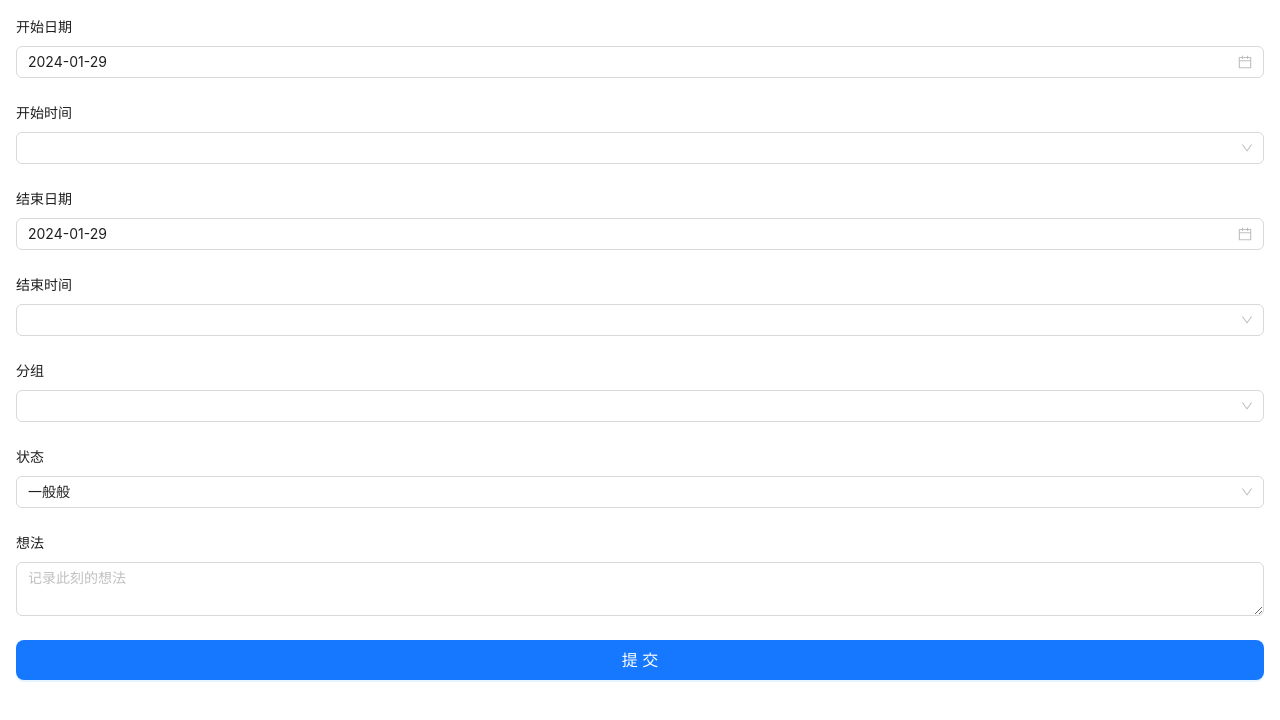
Repository: wujieli0207/time-value-app
Page: /
These files come from the project's save history. The page is drawn as it stood at one moment and after the next save; the edit follows.
The browser window is 1280 px wide. The pictures show the whole page.
The project was rebuilt for these pictures with package versions that can differ from the ones it lists, and the page was loaded fresh each time. Also part of the build but not shown: vite.config.ts.

Above is the page before, as saved 2024-01-29 11:26:01.

After the next save:
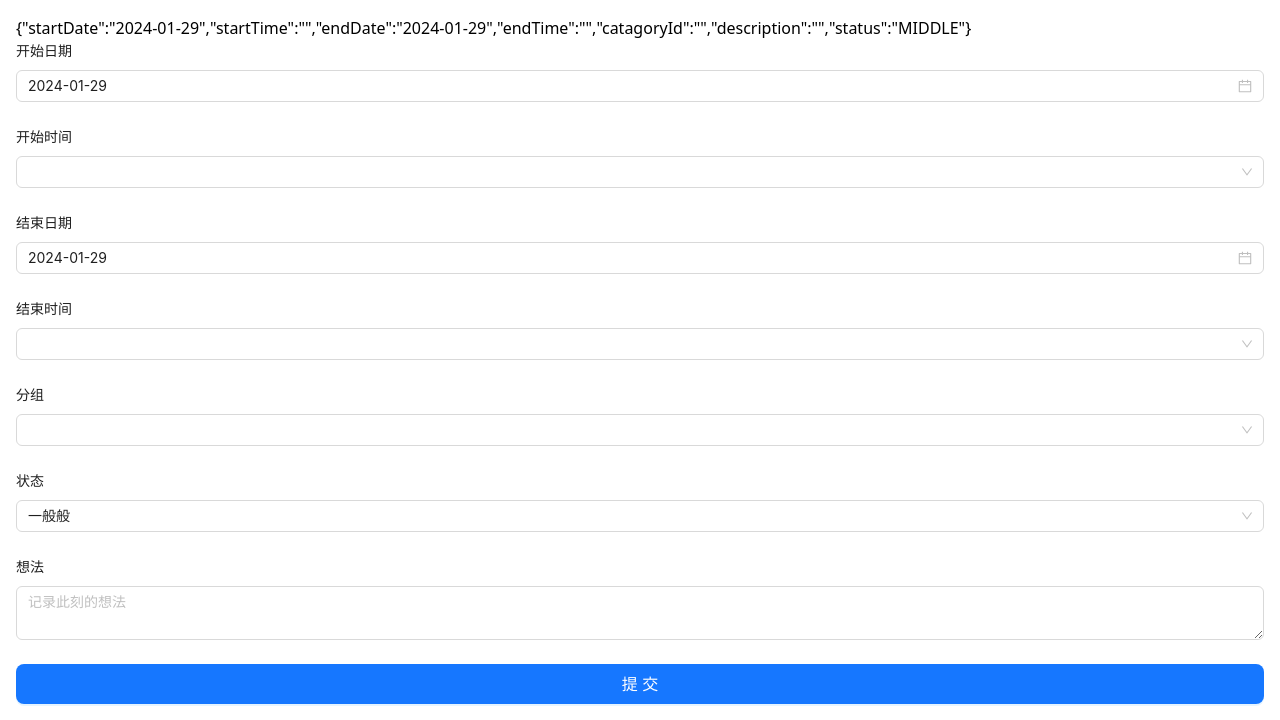
Saved 25 s later.
--- a/src/App.tsx
+++ b/src/App.tsx
@@ -32,11 +32,12 @@
 
   function handleFormChange(value: string, field: keyof FieldType) {
     console.log('value: ', value)
-    // setForm((prev) => ({ ...prev, [field]: value }))
+    setForm((prev) => ({ ...prev, [field]: value }))
   }
 
   return (
     <div className="p-4">
+      {JSON.stringify(form)}
       <Form layout="vertical">
         <Form.Item<FieldType> name="startDate" label="开始日期">
           <DatePicker

After the save that followed:
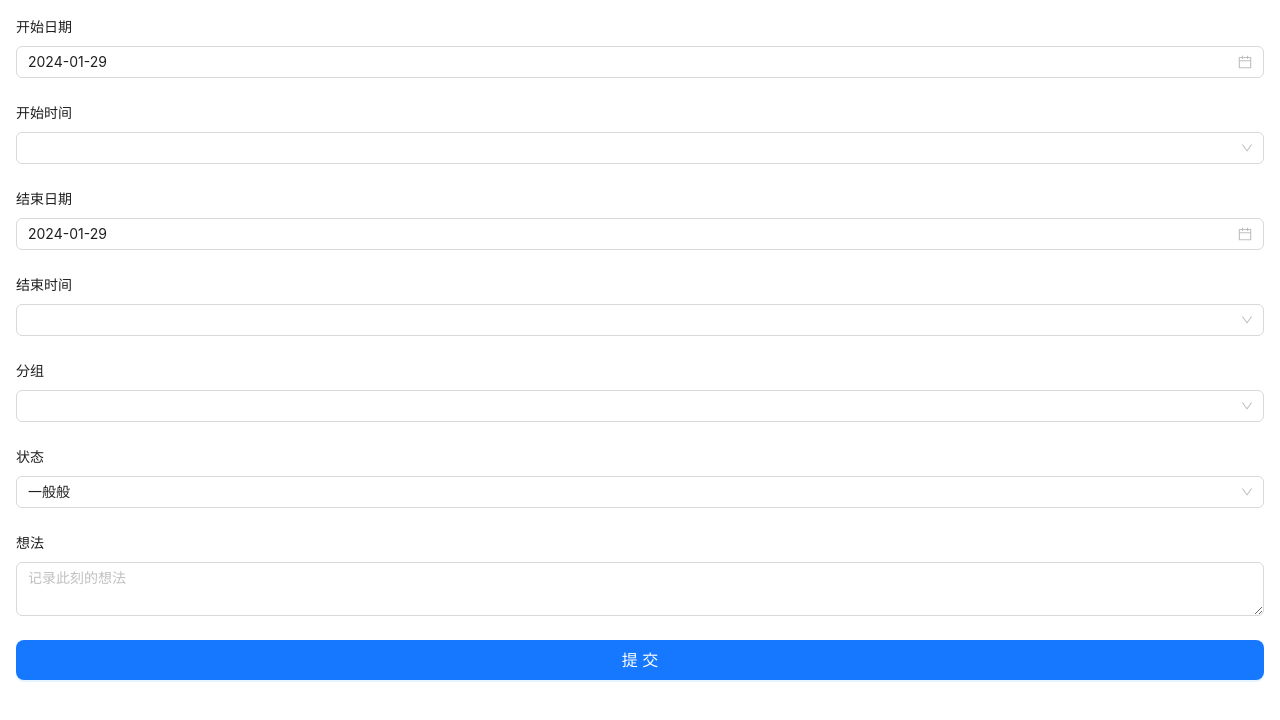
Saved 25 s later.
--- a/src/App.tsx
+++ b/src/App.tsx
@@ -37,7 +37,6 @@
 
   return (
     <div className="p-4">
-      {JSON.stringify(form)}
       <Form layout="vertical">
         <Form.Item<FieldType> name="startDate" label="开始日期">
           <DatePicker
